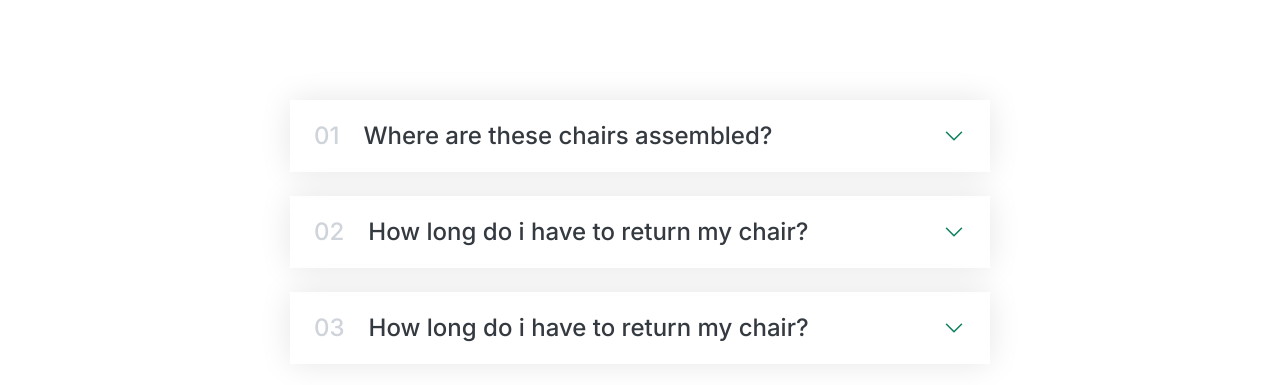
Repository: sunny070/CSS
Page: HTML and CSS some of the important components/index.html
An editor plug-in stored every save of this project. The page is shown before and after a run of saves, followed by the edit.
The browser window is 1280 px wide. The pictures show the whole page.

Above is the page before, as saved 2023-11-13 15:34:25.

### HTML and CSS some of the important components/index.html
<!DOCTYPE html>
<html lang="en">
  <head>
    <meta charset="UTF-8" />
    <meta name="viewport" content="width=device-width, initial-scale=1.0" />
    <title>Accordion Components</title>
    <link
      href="https://fonts.googleapis.com/css2?family=Inter:wght@400;500;700&display=swap"
      rel="stylesheet"
    />
    <style>
      /*
    SPACING SYSTEM (px)
    2 / 4 / 8 / 12 / 16 / 24 / 32 / 48 / 64 / 80 / 96 / 128

    FONT SIZE SYSTEM (px)
    10 / 12 / 14 / 16 / 18 / 20 / 24 / 30 / 36 / 44 / 52 / 62 / 74 / 86 / 98
    */

      /*
    MAIN COLOR: #087f5b
    GREY COLOR: #343a40
    */

      * {
        margin: 0;
        padding: 0;
        box-sizing: border-box;
      }

      /* ------------------------ */
      /* GENERAL STYLES */
      /* ------------------------ */
      body {
        font-family: "Inter", sans-serif;
        color: #343a40;
        line-height:1;
      }
      .accordion
      {
        width:700px;
        margin: 100px auto;
        display: flex;
        flex-direction: column;
        gap: 24px;

      }
      .item{
        box-shadow: 0 0 32px rgba(0,0,0,0.1);
        padding: 24px;
        display: grid;
        grid-template-columns: auto 1fr auto;
        column-gap:24px;
        row-gap: 32px;
        align-items:center;
      }
      .number ,.text{
        font-size: 24px;
        font-weight: 500;
        <!-- color:#087f5b; -->
      }
      .number{
        color:#ced4da;
      }

      .icon{
        width: 24px;
        height: 24px;
        stroke: #087f5b;
      }
      .hidden-box{
        grid-column: 2;
        display: none;
      }
      .hidden-box p{
        line-height: 1.6;
        margin-bottom: 24px;
      }
      .hidden-box ul{
        color:#868e96;
        margin-left: 20px;
        display:flex;
        flex-direction: column;
        gap: 12px;

      }
      .open{
        border-top: 4px sl;
      }
      /* .hidden-box li{
        margin-bottom: 12px;
      } */
    </style>
  </head>
  <body>
    <div class="accordion">
      <div class="item">
      <p class="number"> 01</p>
      <p class="text">Where are these chairs assembled?</p>
      <svg class="icon" xmlns="http://www.w3.org/2000/svg" fill="none" viewBox="0 0 24 24" stroke-width="1.5" stroke="currentColor" class="w-6 h-6">
        <path stroke-linecap="round" stroke-linejoin="round" d="M19.5 8.25l-7.5 7.5-7.5-7.5" />
      </svg>
      <div class="hidden-box">
        <p>Lorem ipsum dolor sit, amet consectetur adipisicing elit. Praesentium cupiditate maiores molestias. Ad quod sunt maiores velit. Sit, cumque repellendus.</p>
        <ul>
          <li>Lorem ipsum dolor sit amet, consectetur adipisicing elit. !</li>
          <li>Lorem ipsum dolor sit amet, consectetur adipisicing</li>
          <li>Lorem ipsum dolor sit amet, consectetur adipisicing  accusamus!</li>
          <li>Lorem ipsum dolor sit amet, consectetur !</li>
          <li>Lorem ipsum dolor sit amet, consectetur adipisicing elit. Magni, accusamus!</li>

        </ul>
      </div>
      </div>


  <div class="item open">
  <p class="number"> 02</p>
  <p class="text">How long do i have to return my chair?</p>
  <svg class="icon" xmlns="http://www.w3.org/2000/svg" fill="none" viewBox="0 0 24 24" stroke-width="1.5" stroke="currentColor" class="w-6 h-6">
    <path stroke-linecap="round" stroke-linejoin="round" d="M19.5 8.25l-7.5 7.5-7.5-7.5" />
  </svg>
  <div class="hidden-box">
    <p>Lorem ipsum dolor sit, amet consectetur adipisicing elit. Praesentium cupiditate maiores molestias. Ad quod sunt maiores velit. Sit, cumque repellendus.</p>
    <ul>
      <li>Lorem ipsum dolor sit amet, consectetur adipisicing elit. !</li>
      <li>Lorem ipsum dolor sit amet, consectetur adipisicing</li>
      <li>Lorem ipsum dolor sit amet, consectetur adipisicing  accusamus!</li>
      <li>Lorem ipsum dolor sit amet, consectetur !</li>
      <li>Lorem ipsum dolor sit amet, consectetur adipisicing elit. Magni, accusamus!</li>

    </ul>
  </div>
  </div>


  <div class="item">
  <p class="number"> 03</p>
  <p class="text">How long do i have to return my chair?</p>
  <svg class="icon" xmlns="http://www.w3.org/2000/svg" fill="none" viewBox="0 0 24 24" stroke-width="1.5" stroke="currentColor" class="w-6 h-6">
    <path stroke-linecap="round" stroke-linejoin="round" d="M19.5 8.25l-7.5 7.5-7.5-7.5" />
  </svg>
  <div class="hidden-box">
    <p>Lorem ipsum dolor sit, amet consectetur adipisicing elit. Praesentium cupiditate maiores molestias. Ad quod sunt maiores velit. Sit, cumque repellendus.</p>
    <ul>
      <li>Lorem ipsum dolor sit amet, consectetur adipisicing elit. !</li>
      <li>Lorem ipsum dolor sit amet, consectetur adipisicing</li>
      <li>Lorem ipsum dolor sit amet, consectetur adipisicing  accusamus!</li>
      <li>Lorem ipsum dolor sit amet, consectetur !</li>
      <li>Lorem ipsum dolor sit amet, consectetur adipisicing elit. Magni, accusamus!</li>

    </ul>
  </div>
  </div>

</div>

  </body>
</html>

After the next 3 saves:
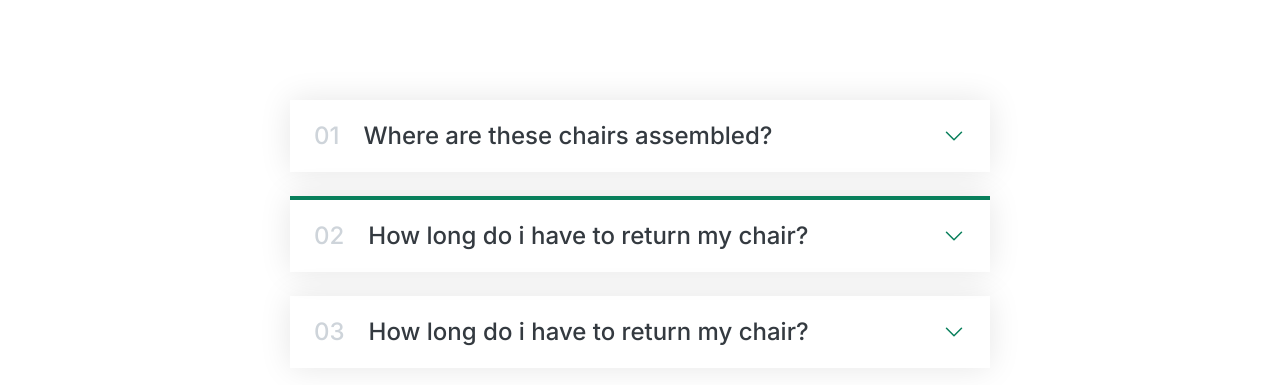
The 3 saves are shown as one change because they came seconds apart.
The last was saved 8 s later.
--- a/HTML and CSS some of the important components/index.html
+++ b/HTML and CSS some of the important components/index.html
@@ -85,7 +85,7 @@
 
       }
       .open{
-        border-top: 4px sl;
+        border-top: 4px solid #087f5b;
       }
       /* .hidden-box li{
         margin-bottom: 12px;
